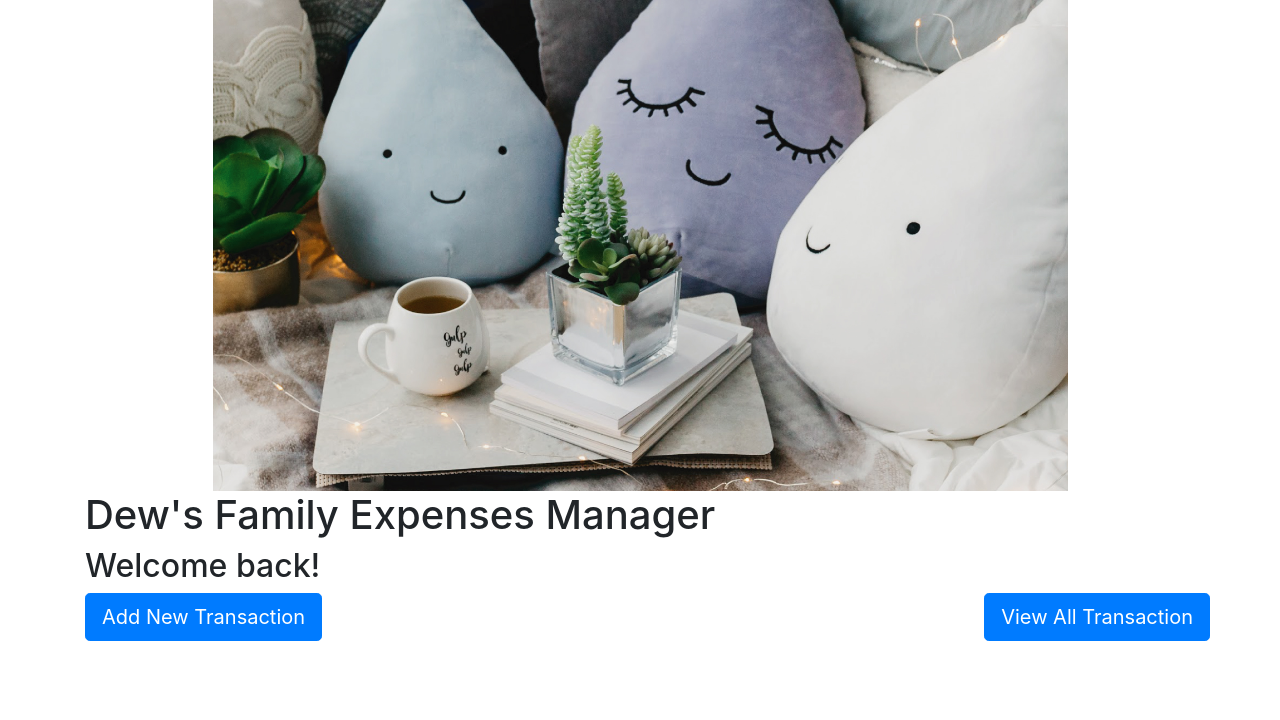
Repository: yucheng91/CI3-expenses-manager
Page: http://localhost/home
The author's editor kept a record of every edit. The page is drawn from the files as they stood at one moment, then again after the next edit.
The browser window is 1280 px wide. The pictures show the whole page.
The page is served by the project's application, run on Flask 3 (app.py).

Above is the page before.

After the next edit:
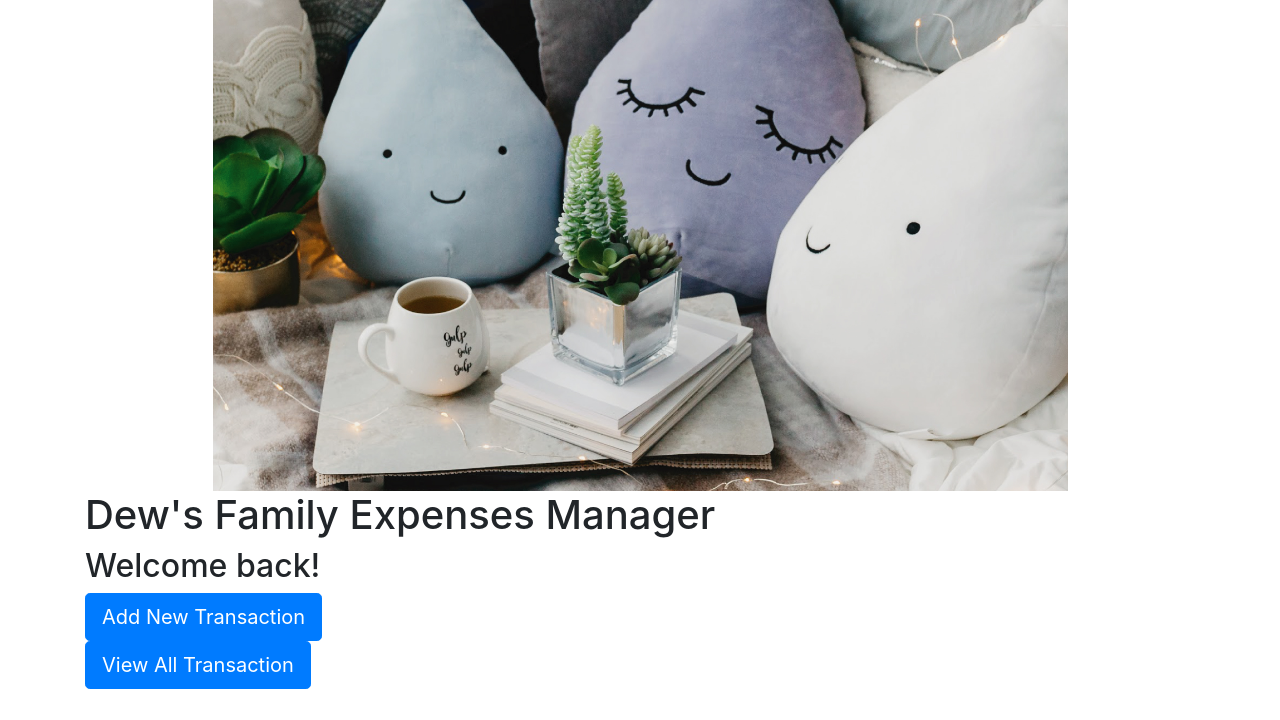
The edit:
--- a/templates/index.html
+++ b/templates/index.html
@@ -21,10 +21,14 @@
         <h1>Dew's Family Expenses Manager</h1>
         <h2>Welcome back!</h2>
         <div class='row'>
-        <div class='col'>
-        <button type="button" class="btn btn-primary btn-lg">Add New Transaction</button>
+            <div class='col'>
+                <button type="button" class="btn btn-primary btn-lg">Add New Transaction</button>
+            </div>
         </div>
-        <button type="button" class="btn btn-primary btn-lg">View All Transaction</button>
+        <div class='row'>
+            <div class='col'>
+                <button type="button" class="btn btn-primary btn-lg">View All Transaction</button>
+            </div>
         </div>
     </div>
 
